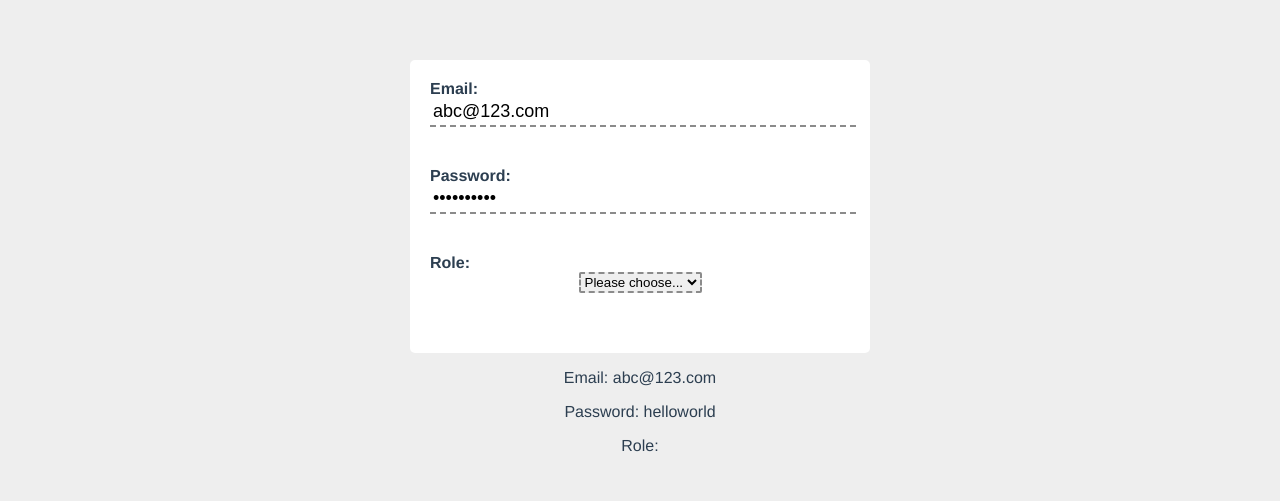
Repository: technogize/vue-forms
Page: /
An editor plug-in stored every save of this project. The page is shown before and after the next save, followed by the edit.
The browser window is 1280 px wide. The pictures show the whole page.
The project was rebuilt for these pictures with package versions that can differ from the ones it lists, and the page was loaded fresh each time.

Above is the page before, as saved 2021-02-26 14:25:57.

### src/App.vue
<template>
  <SignupForm />
</template>

<script>
import SignupForm from './components/SignupForm';

export default {
  name: 'App',
  components: {
    SignupForm
  }
}
</script>

<style>
#app {
  font-family: Avenir, Helvetica, Arial, sans-serif;
  -webkit-font-smoothing: antialiased;
  -moz-osx-font-smoothing: grayscale;
  text-align: center;
  color: #2c3e50;
  margin-top: 60px;
}

body {
  margin: 0;
  background: #eee;
}
</style>

### src/components/SignupForm.vue
<template>
  <form>
    <!-- v-model syncs the data in the input with the data properties -->
    <div class="field">
      <label>Email: </label>
      <input type="email" required v-model="email" />
    </div>
    <div class="field">
      <label>Password: </label>
      <input type="password" required v-model="password" />
    </div>
    <div class="field">
      <label>Role: </label>
      <select v-model="role">
        <option value="">Please choose...</option>
        <option value="Designer">Web Designer</option>
        <option value="Developer">Web Developer</option>
      </select>
    </div>
  </form>

  <p>Email: {{email}}</p>
  <p>Password: {{password}}</p>
  <p>Role: {{role}} </p>
</template>

<script>
export default {
  data() {
    return {
      email: 'abc@123.com',
      password: 'helloworld',
      role: ''
    }
  }
}
</script>

<style scoped>
  form {
    max-width: 420px;
    border-radius: 5px;
    background: white;
    padding: 20px;
    margin: 0 auto;
  }

  label {
    font-weight: 700;
    display: block;
    text-align: left;
  }

  input {
    display: block;
    width: 100%;
    font-size: 18px;
    padding: 3px;
    border: none;
    border-bottom: 2px dashed rgb(139, 139, 139);
  }

  input:focus {
    outline: none;
    border-bottom: 2px solid rgb(139, 139, 139);
  }

  select {
    border: 2px dashed rgb(139, 139, 139);
    border-radius: 2px;
  }

  .field {
    margin-bottom: 40px;
  }
</style>

Loaded but not shown: public/index.html (common file); src/main.js (common file)

After the next save:
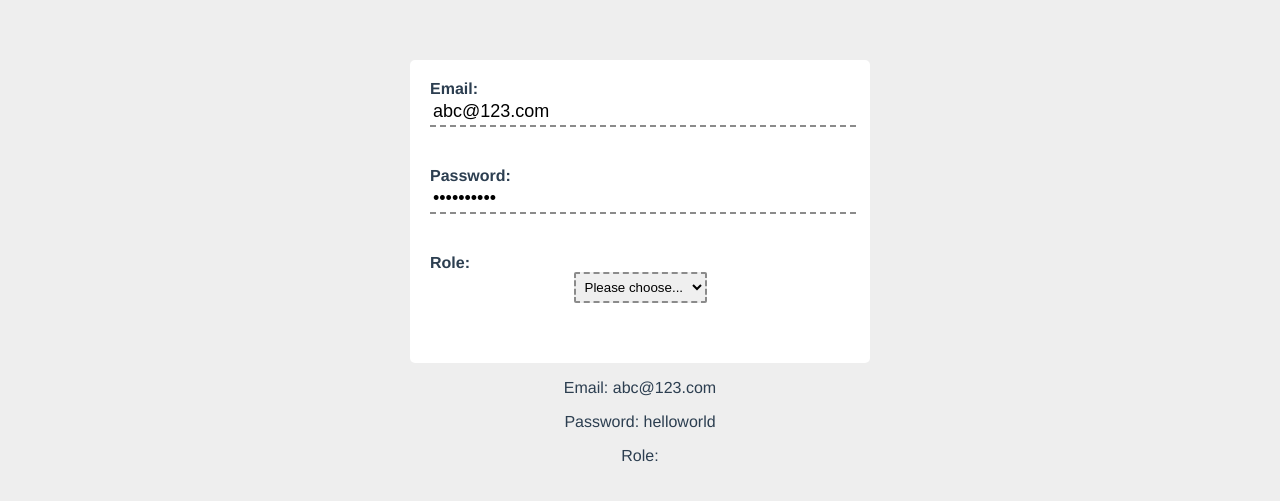
Saved 7 s later.
--- a/src/components/SignupForm.vue
+++ b/src/components/SignupForm.vue
@@ -68,6 +68,7 @@ export default {
   select {
     border: 2px dashed rgb(139, 139, 139);
     border-radius: 2px;
+    padding: 5px;
   }
 
   .field {
